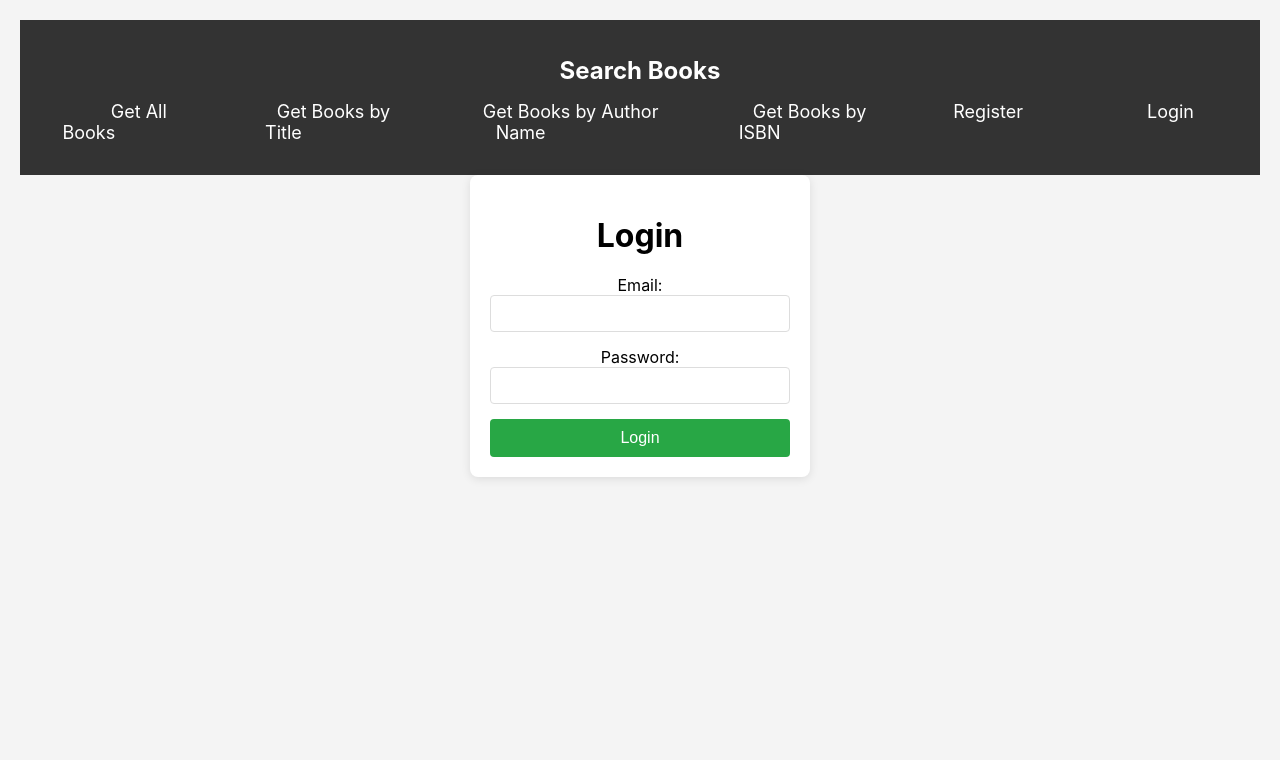
Repository: adityashirsath2003/myapp
Page: /login (app in FrontEnd/frontend/)
These files come from the project's save history. The page is drawn as it stood at one moment and after the next save; the edit follows.
The browser window is 1280 px wide. The pictures show the whole page.
The project was rebuilt for these pictures with package versions that can differ from the ones it lists, and the page was loaded fresh each time. Also part of the build but not shown: FrontEnd/frontend/src/App.css, FrontEnd/frontend/src/Navbar.js, FrontEnd/frontend/src/Search.js, FrontEnd/frontend/src/Navbar2.js, FrontEnd/frontend/src/Register.js, FrontEnd/frontend/src/SearchTitle.js, FrontEnd/frontend/src/SearchName.js, FrontEnd/frontend/src/SearchISBN.js and 3 more.

Above is the page before, as saved 2024-10-24 14:22:06.

After the next save:
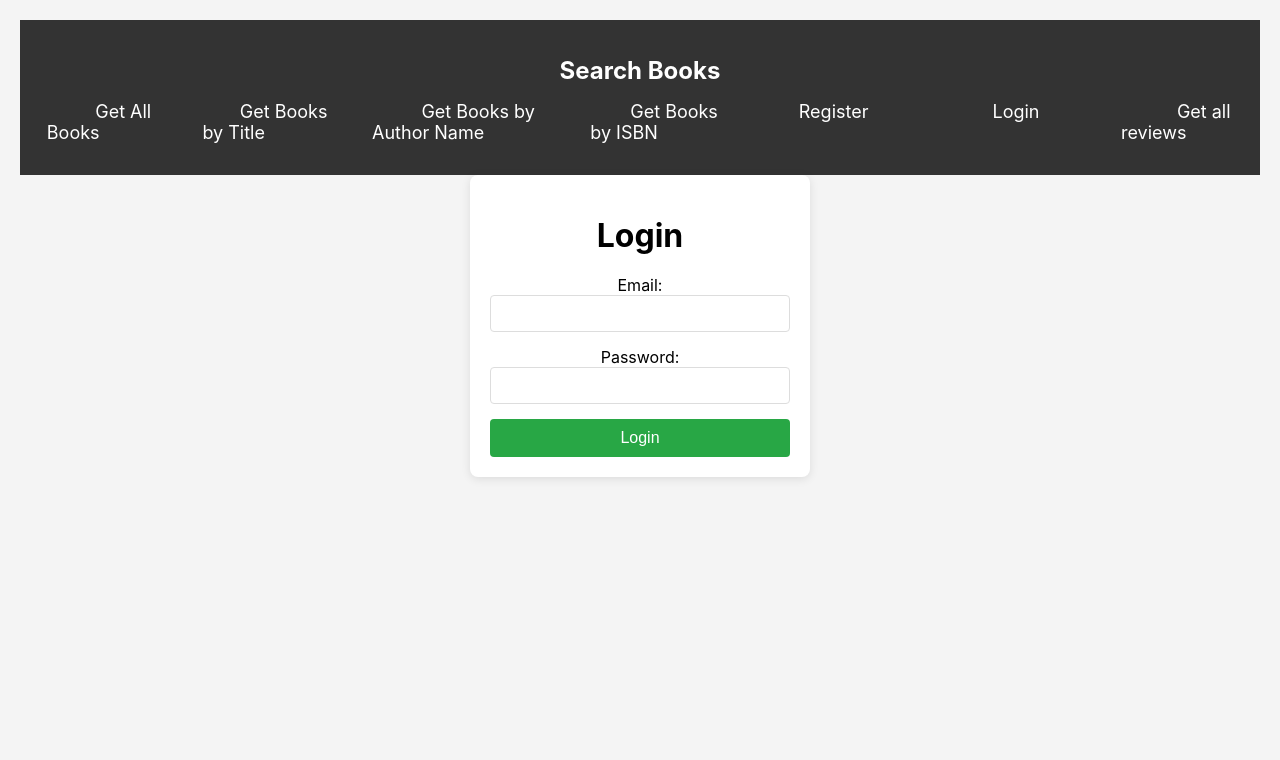
Saved 31 s later.
--- a/FrontEnd/frontend/src/Navbar3.js
+++ b/FrontEnd/frontend/src/Navbar3.js
@@ -43,6 +43,7 @@ export function Navbar3() {
                 <li><Link to="/getbyisbn" style={linkStyle}>Get Books by ISBN</Link></li>
                 <li><Link to="/register" style={linkStyle}>Register</Link></li>
                 <li><Link to="/login" style={linkStyle}>Login</Link></li>
+                <li><Link to="/getallreviews" style={linkStyle}>Get all reviews</Link></li>
 
             </ul>
         </nav>
